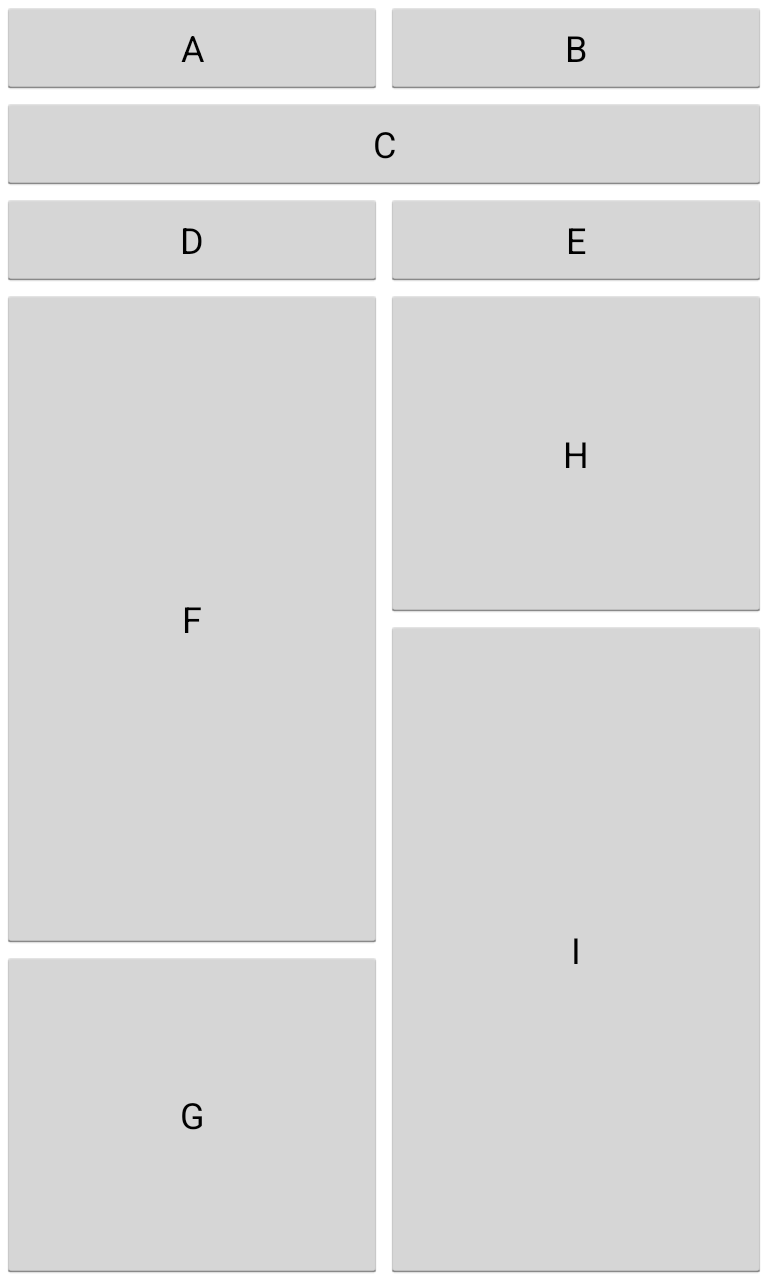
Repository: iracom/ejercicios-android
Layout: Layouts/res/layout/activity_main.xml
These files come from the project's save history. The layout is drawn as it stood at one moment and after the next save; the edit follows.
It is drawn on a 768 x 1280 px phone screen (xhdpi) without system bars, with theme AppTheme; the app's code is not run.

Above is the layout before, as saved 2014-05-07 06:37:59.

### Layouts/res/layout/activity_main.xml
<LinearLayout xmlns:android="http://schemas.android.com/apk/res/android"
    xmlns:tools="http://schemas.android.com/tools"
    android:id="@+id/container"
    android:layout_width="match_parent"
    android:layout_height="match_parent"
    android:orientation="vertical"
    tools:context="com.iraitzcompains.layouts.MainActivity"
    tools:ignore="MergeRootFrame" >

    <LinearLayout
        android:layout_width="match_parent"
        android:layout_height="wrap_content" >

        <Button
            android:id="@+id/button1"
            android:layout_width="wrap_content"
            android:layout_height="wrap_content"
            android:layout_weight="1"
            android:text="@string/button_a" />

        <Button
            android:id="@+id/button2"
            android:layout_width="wrap_content"
            android:layout_height="wrap_content"
            android:layout_weight="1"
            android:text="@string/button_b" />
    </LinearLayout>

    <Button
        android:id="@+id/button3"
        android:layout_width="match_parent"
        android:layout_height="wrap_content"
        android:text="@string/button_c" />

    <LinearLayout
        android:layout_width="match_parent"
        android:layout_height="wrap_content" >

        <Button
            android:id="@+id/button4"
            android:layout_width="wrap_content"
            android:layout_height="wrap_content"
            android:layout_weight="1"
            android:text="@string/button_d" />

        <Button
            android:id="@+id/button5"
            android:layout_width="wrap_content"
            android:layout_height="wrap_content"
            android:layout_weight="1"
            android:text="@string/button_e" />

    </LinearLayout>

    <LinearLayout
        android:layout_width="match_parent"
        android:layout_height="match_parent"
        android:baselineAligned="true">

        <LinearLayout
            android:layout_width="match_parent"
            android:layout_height="match_parent"
            android:layout_weight="1"
            android:orientation="vertical" >

            <Button
                android:id="@+id/button6"
                android:layout_width="match_parent"
                android:layout_height="match_parent"
                android:layout_weight="1"
                android:text="@string/button_f" />

            <Button
                android:id="@+id/button7"
                android:layout_width="match_parent"
                android:layout_height="match_parent"
                android:layout_weight="2"
                android:text="@string/button_g" />

        </LinearLayout>

        <LinearLayout
            android:layout_width="match_parent"
            android:layout_height="match_parent"
            android:layout_weight="1"
            android:orientation="vertical" >

            <Button
                android:id="@+id/button8"
                android:layout_width="match_parent"
                android:layout_height="match_parent"
                android:layout_weight="2"
                android:text="@string/button_h" />

            <Button
                android:id="@+id/button9"
                android:layout_width="match_parent"
                android:layout_height="match_parent"
                android:layout_weight="1"
                android:text="@string/button_i" />

        </LinearLayout>

    </LinearLayout>

</LinearLayout>

### Layouts/res/values/strings.xml
<?xml version="1.0" encoding="utf-8"?>
<resources>

    <string name="app_name">Layouts</string>
    <string name="hello_world">Hello world!</string>
    <string name="action_settings">Settings</string>
    <string name="button_a">A</string>
    <string name="button_b">B</string>
    <string name="button_c">C</string>
    <string name="button_d">D</string>
    <string name="button_e">E</string>
    <string name="button_f">F</string>
    <string name="button_g">G</string>
    <string name="button_h">H</string>
    <string name="button_i">I</string>

</resources>

Loaded but not shown: Layouts/res/values/styles.xml (common file); Layouts/res/values-v11/styles.xml (common file); Layouts/res/values-v14/styles.xml (common file)

After the next save:
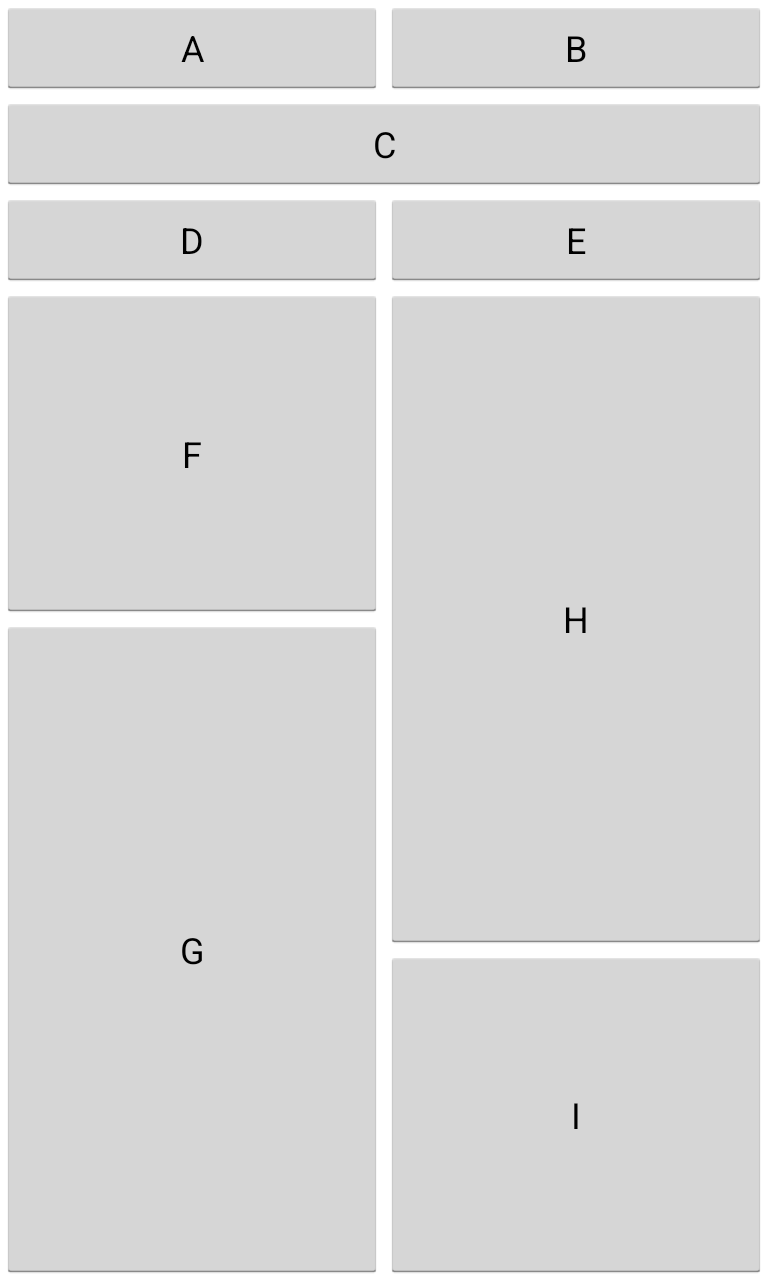
Saved 21 s later.
--- a/Layouts/res/layout/activity_main.xml
+++ b/Layouts/res/layout/activity_main.xml
@@ -67,14 +67,14 @@
                 android:id="@+id/button6"
                 android:layout_width="match_parent"
                 android:layout_height="match_parent"
-                android:layout_weight="1"
+                android:layout_weight="2"
                 android:text="@string/button_f" />
 
             <Button
                 android:id="@+id/button7"
                 android:layout_width="match_parent"
                 android:layout_height="match_parent"
-                android:layout_weight="2"
+                android:layout_weight="1"
                 android:text="@string/button_g" />
 
         </LinearLayout>
@@ -89,14 +89,14 @@
                 android:id="@+id/button8"
                 android:layout_width="match_parent"
                 android:layout_height="match_parent"
-                android:layout_weight="2"
+                android:layout_weight="1"
                 android:text="@string/button_h" />
 
             <Button
                 android:id="@+id/button9"
                 android:layout_width="match_parent"
                 android:layout_height="match_parent"
-                android:layout_weight="1"
+                android:layout_weight="2"
                 android:text="@string/button_i" />
 
         </LinearLayout>
